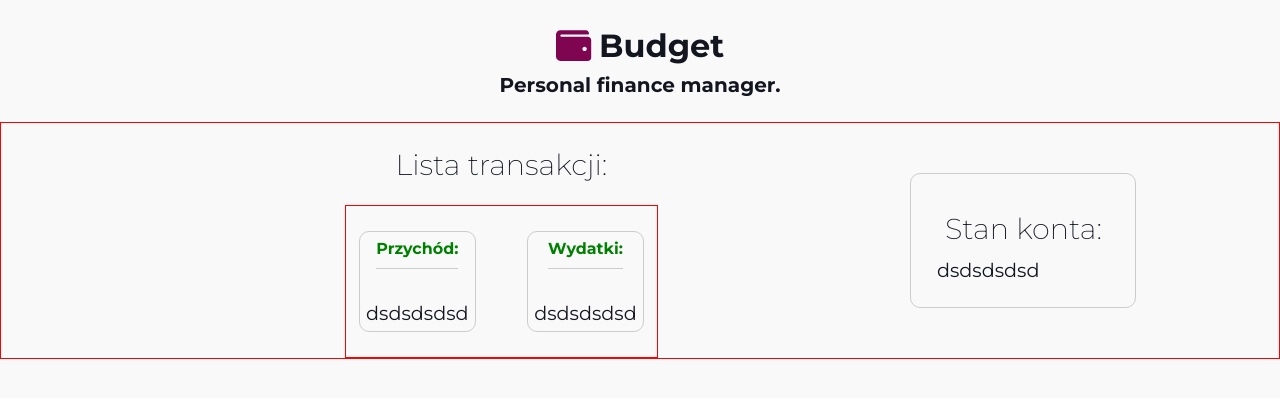
Repository: KrzysKolo/sr_tydzien4_zad4
Page: /
These files come from the project's save history. The page is drawn as it stood at one moment and after the next save; the edit follows.
The browser window is 1280 px wide. The pictures show the whole page.
Some web libraries are served in a nearby version. The project was rebuilt for these pictures with package versions that can differ from the ones it lists, and the page was loaded fresh each time.

Above is the page before, as saved 2020-11-29 14:55:44.

After the next save:
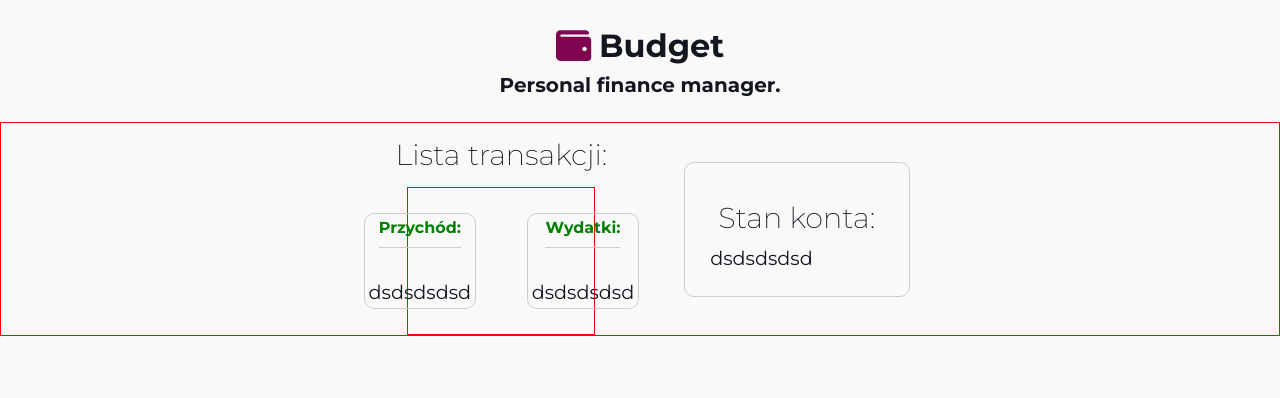
Saved 25 s later.
--- a/src/components/Budget.js
+++ b/src/components/Budget.js
@@ -34,14 +34,14 @@ const SectionBudget = styled.section`
     flex-direction: column;
     justify-content: center;
     align-items: center;
-    width: 60%;
-    `;
+`;
 const SectionItems = styled.section`
     border: 1px solid red;
     display: flex;
     flex-direction: row;
     justify-content: center;
     align-items: center;
+    width: 60%;
 `;
 const Budget = () => {
     return (
